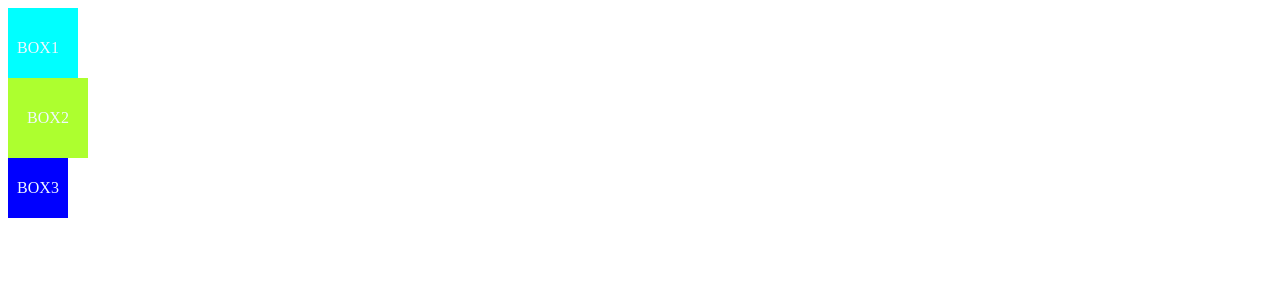
Repository: Ducspdn/WeTheBandF8
Page: html_learn_f8/index3.html
An editor plug-in stored every save of this project. The page is shown before and after the next save, followed by the edit.
The browser window is 1280 px wide. The pictures show the whole page.

Above is the page before, as saved 2023-01-14 10:28:05.

After the next save:
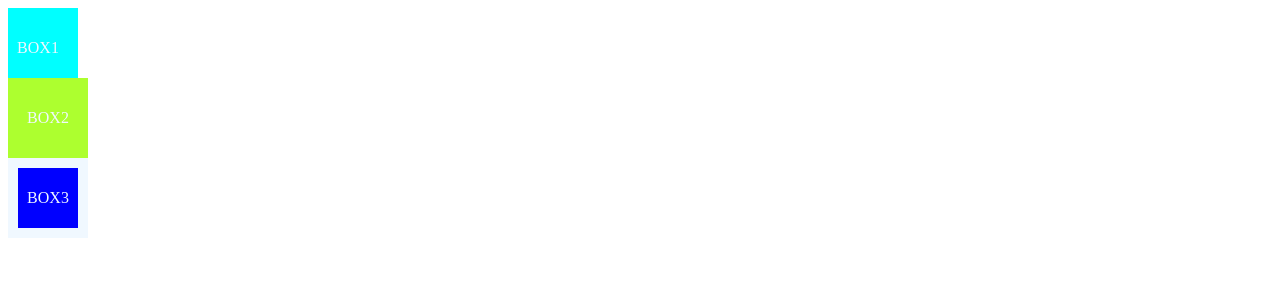
Saved 45 s later.
--- a/html_learn_f8/index3.html
+++ b/html_learn_f8/index3.html
@@ -27,6 +27,8 @@
     .BOX3{
         background-color: blue;
         border-width: 10px;
+        border-color: aliceblue;
+        border-style: solid;
     }
     </style>
 </head>
